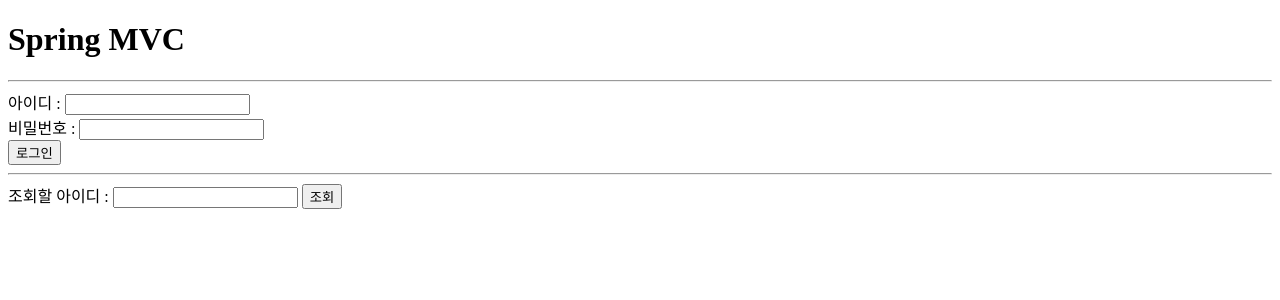
Repository: bbookk1104/spring-workspace
Page: http://localhost/01_SpringMVC/
An editor plug-in stored every save of this project. The page is shown before and after the next save, followed by the edit.
The browser window is 1280 px wide. The pictures show the whole page.
The page is served by Tomcat 9.

Above is the page before, as saved 2022-09-29 08:04:24.

After the next save:
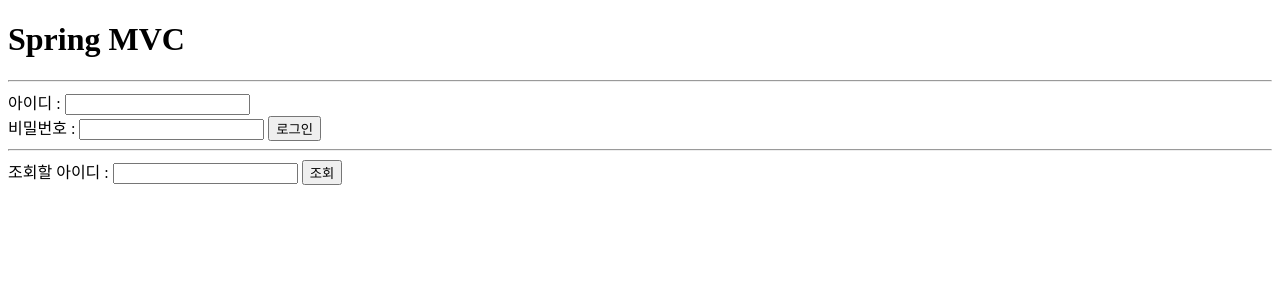
Saved 16 s later.
--- a/01_SpringMVC/src/main/webapp/index.jsp
+++ b/01_SpringMVC/src/main/webapp/index.jsp
@@ -11,7 +11,7 @@
 	<hr>
 	<form action="/login.do" method="post">
 		아이디 : <input type="text" name="memberId"><br>
-		비밀번호 : <input type="password" name="memberPw"><br>
+		비밀번호 : <input type="password" name="memberPw">
 		<input type="submit" value="로그인">
 	</form>
 	<hr>
